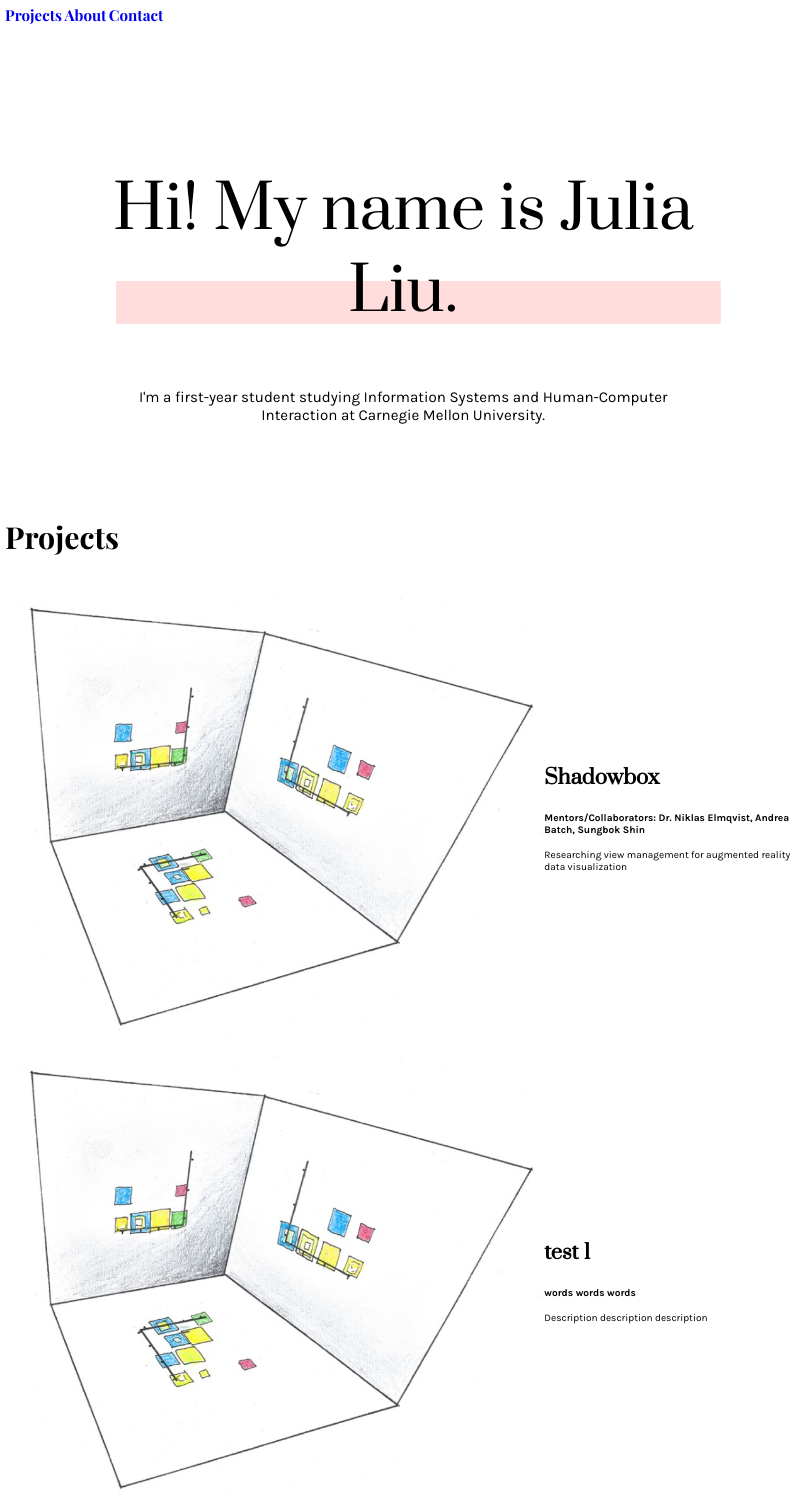
Repository: liu-julia/liu-julia.github.io
Page: index.html
The author's editor kept a copy of each file at every save. The page is drawn from the files as they stood at one save, then again after the next save.
The browser window is 1280 px wide. The pictures show the whole page, at 63% of full size.

Above is the page before, as saved 2022-04-26 22:45:33.

### index.html
<!DOCTYPE html>
<html lang="en">
<head>
    <meta charset="UTF-8">
    <meta http-equiv="X-UA-Compatible" content="IE=edge">
    <meta name="viewport" content="width=device-width, initial-scale=1.0">
    <link rel="preconnect" href="https://fonts.googleapis.com">
    <link rel="preconnect" href="https://fonts.gstatic.com" crossorigin>
    <link href="https://fonts.googleapis.com/css2?family=Karla:wght@300;400;700&family=Open+Sans:wght@300;400;700&family=Playfair+Display:wght@400;700&family=Prata&display=swap" rel="stylesheet">
    <link rel="stylesheet" href="css/styles.css">
    <link rel="icon" href="images/jllogo.png">
    <title>Julia Liu</title>
</head>
<body>
    <header>
        <a href="index.html">Projects</a>
        <a href="about.html">About</a>
        <a href="contact.html">Contact</a>
    </header>
    <div id="content">
        <div id="top">
            <h1 class="highlighted">Hi! My name is Julia Liu.</h1>
            <p id="head_desc">I'm a first-year student studying Information Systems and Human-Computer Interaction at Carnegie Mellon University.</p>
        </div>
        <br>
        <h2>Projects</h2>
        <div class="project">
            <img src="images/shadowbox.jpg" alt="Shadowbox">
            <div class="project-text">
                <h3>Shadowbox</h3>
                <h4>Mentors/Collaborators: Dr. Niklas Elmqvist, Andrea Batch, Sungbok Shin</h4>
                <p>Researching view management for augmented reality data visualization</p>
            </div>
        </div>
        <div class="project">
            <img src="images/shadowbox.jpg" alt="Shadowbox">
            <div class="project-text">
                <h3>test 1</h3>
                <h4>words words words</h4>
                <p>Description description description</p>
            </div>
        </div>
    </div>
</body>
</html>

### css/styles.css
:root {
    font-family: 'Karla', sans-serif;
}
html {
    height: 100%;
}
body {
    height: 100%;
}
#content {
    height: 100%;
}
h1 {
    font-family: 'Prata', serif;
    font-weight: 400;
    font-size: 6em;
}
#top {
    height: 100%;
}
h1{
    position: absolute;
    bottom: 2em;
    left: 1em;
    right: 1em;
    text-align: center;
    margin: auto;
    width: 75%;
}
.highlighted::before {
    content: "";
    position: absolute;
    width: 100%;
    background: #ffdddd;
    left: .25em;
    bottom: .15em;
    height: .7em;
    z-index: -1;
}
h2 {
    font-family: 'Playfair Display', serif;
    font-size: 3em;
}
h3 {
    font-family: 'Prata', serif;
    font-size: 2em;

}
a {
    font-family: 'Playfair Display', serif;
    font-size: 1.5em;
    font-weight: 700;
    text-decoration: none;
}
#head_desc {
    font-size: 1.5em;
    font-weight: 400;
    position: absolute;
    bottom: 2em;
    left: 1em;
    right: 1em;
    text-align: center;
    margin: auto;
    width: 75%;
}
.project {
    display: flex;
    align-items: center;
}

After the next save:
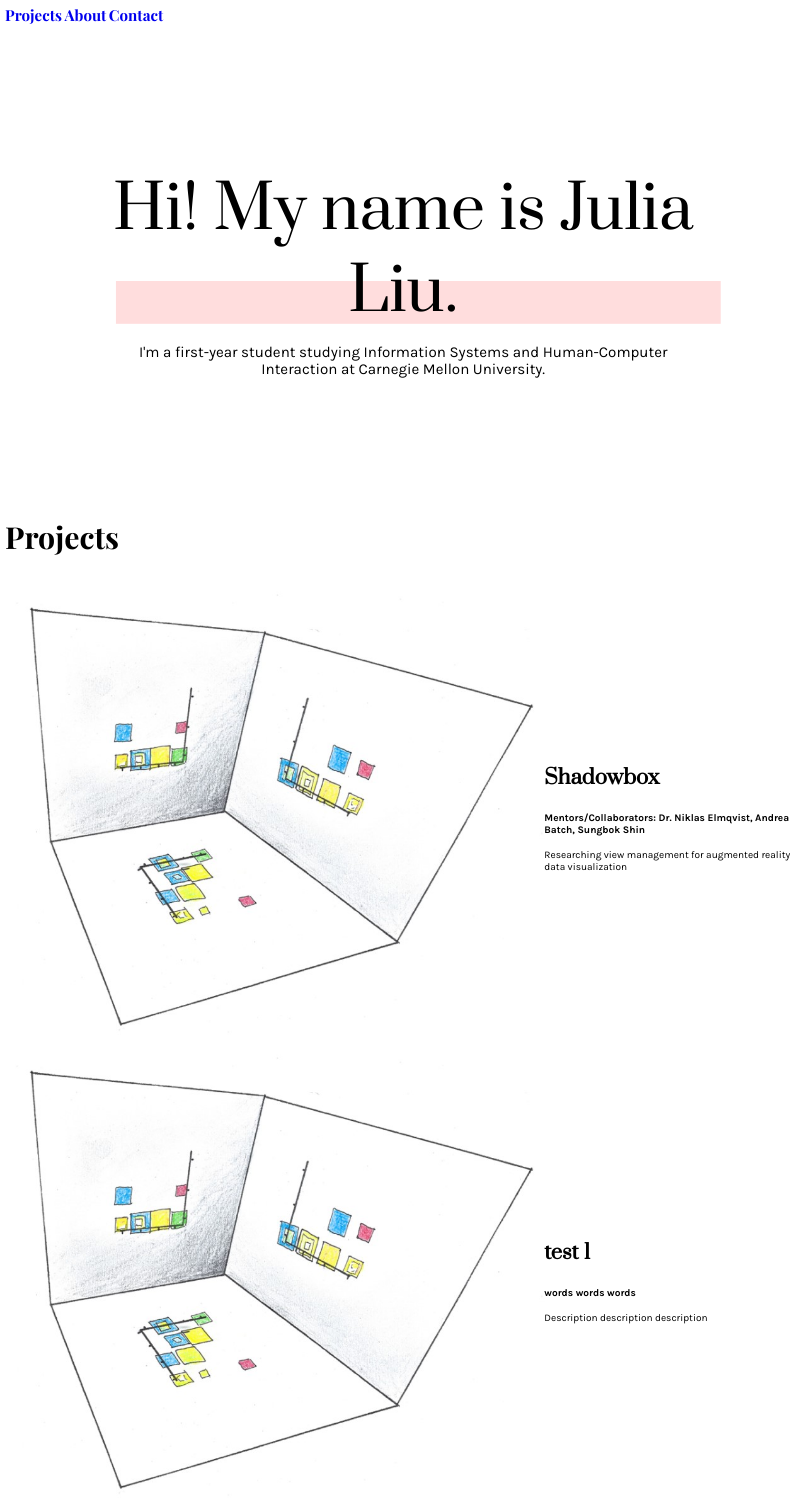
Saved 6 s later.
--- a/css/styles.css
+++ b/css/styles.css
@@ -56,7 +56,7 @@ a {
     font-size: 1.5em;
     font-weight: 400;
     position: absolute;
-    bottom: 2em;
+    bottom: 5em;
     left: 1em;
     right: 1em;
     text-align: center;
